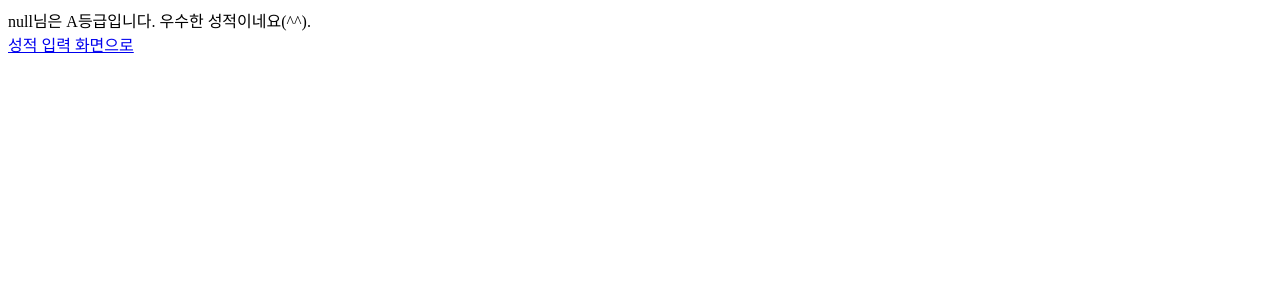
Repository: kdg0109/multicampus_course
Page: http://localhost/mvc/jspexam/gradeA.jsp
An editor plug-in stored every save of this project. The page is shown before and after the next save, followed by the edit.
The browser window is 1280 px wide. The pictures show the whole page.
The page is served by Tomcat 9.

Above is the page before, as saved 2018-02-09 01:31:08.

After the next save:
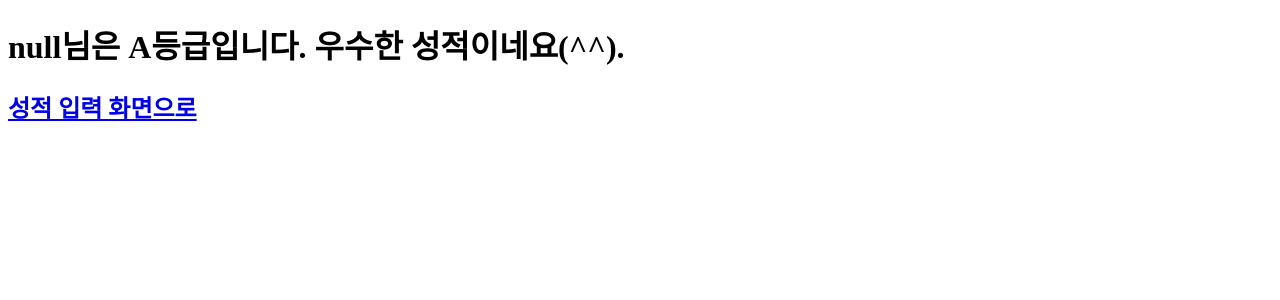
Saved 21 s later.
--- a/web course/workspace_web/mvc/WebContent/jspexam/gradeA.jsp
+++ b/web course/workspace_web/mvc/WebContent/jspexam/gradeA.jsp
@@ -7,7 +7,7 @@
 <title>성적 결과</title>
 </head>
 <body>
-<%= request.getParameter("name")%>님은 A등급입니다. 우수한 성적이네요(^^).<br>
+<h1><%= request.getParameter("name")%>님은 A등급입니다. 우수한 성적이네요(^^).<br><h2>
 <a	href="/mvc/htmlexam/eduForm.html">성적 입력 화면으로</a>
 </body>
 </html>
